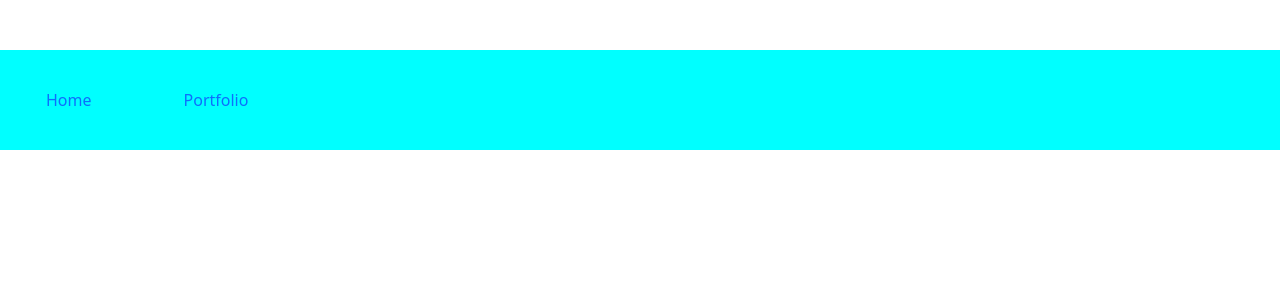
Repository: luckychxn123/game-of-life-22
Page: wef008-mywebsite.html
An editor plug-in stored every save of this project. The page is shown before and after the next save, followed by the edit.
The browser window is 1280 px wide. The pictures show the whole page.
Some web libraries are served in a nearby version.

Above is the page before, as saved 2022-08-21 16:16:08.

After the next save:
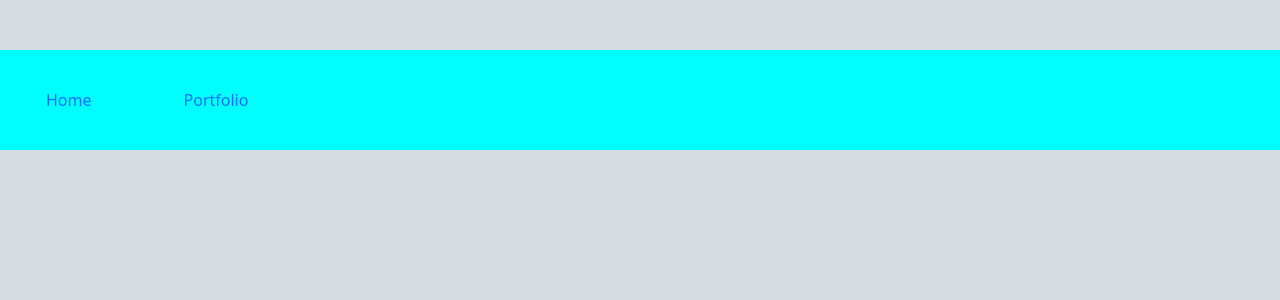
Saved 32 s later.
--- a/wef008-mywebsite.html
+++ b/wef008-mywebsite.html
@@ -10,6 +10,10 @@
     <link href="https://cdn.jsdelivr.net/npm/bootstrap@5.1.3/dist/css/bootstrap.min.css" rel="stylesheet"
           integrity="sha384-1BmE4kWBq78iYhFldvKuhfTAU6auU8tT94WrHftjDbrCEXSU1oBoqyl2QvZ6jIW3" crossorigin="anonymous">
     <style>
+        body{
+            margin: 0px;
+            background-color: rgb(214, 221, 226);
+        }
         .nav{
             display: flex;
             flex-wrap: wrap;
